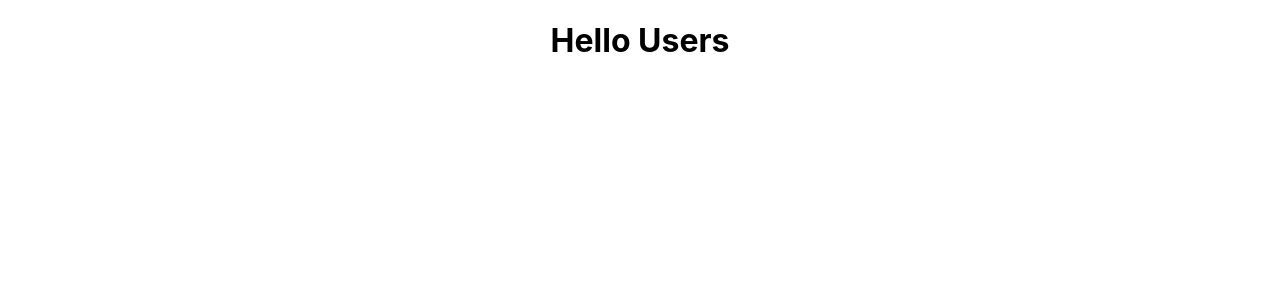
Repository: ShahbazGurmani/react-practice
Page: /
These files come from the project's save history. The page is drawn as it stood at one moment and after the next save; the edit follows.
The browser window is 1280 px wide. The pictures show the whole page.
The project was rebuilt for these pictures with package versions that can differ from the ones it lists, and the page was loaded fresh each time.

Above is the page before, as saved 2023-08-18 15:27:15.

### src/index.js
import React from 'react';
import ReactDOM from 'react-dom/client';
import './index.css';
import App from './App';
import Records from './Records';
import reportWebVitals from './reportWebVitals';

const root = ReactDOM.createRoot(document.getElementById('root'));
root.render(
  <React.StrictMode>
    <Records/>
  </React.StrictMode>
);

// If you want to start measuring performance in your app, pass a function
// to log results (for example: reportWebVitals(console.log))
// or send to an analytics endpoint. Learn more: https://bit.ly/CRA-vitals
reportWebVitals();

### src/Records.js
function Records()
{

    return(
        <div className="App">
      <h1>Hello Users</h1>
    </div>
    );
}

export default Records;

### src/App.js
import logo from './logo.svg';
import './App.css';
function App() {
  return (
    <div className="App">
      <h1>Hello world</h1>
    </div>
  );
}

export default App;

Loaded but not shown: public/index.html (common file); src/index.css (common file); src/reportWebVitals.js (common file); src/App.css (common file)

After the next save:
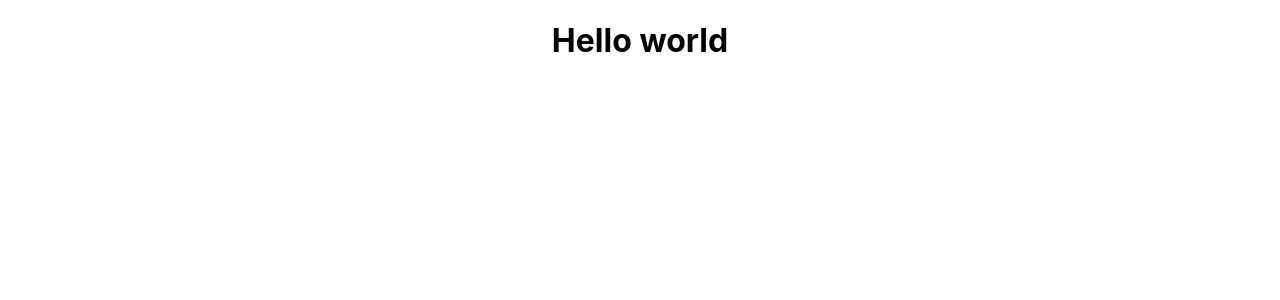
Saved 18 min 56 s later.
--- a/src/index.js
+++ b/src/index.js
@@ -8,7 +8,7 @@ import reportWebVitals from './reportWebVitals';
 const root = ReactDOM.createRoot(document.getElementById('root'));
 root.render(
   <React.StrictMode>
-    <Records/>
+  <App/>
   </React.StrictMode>
 );
 
